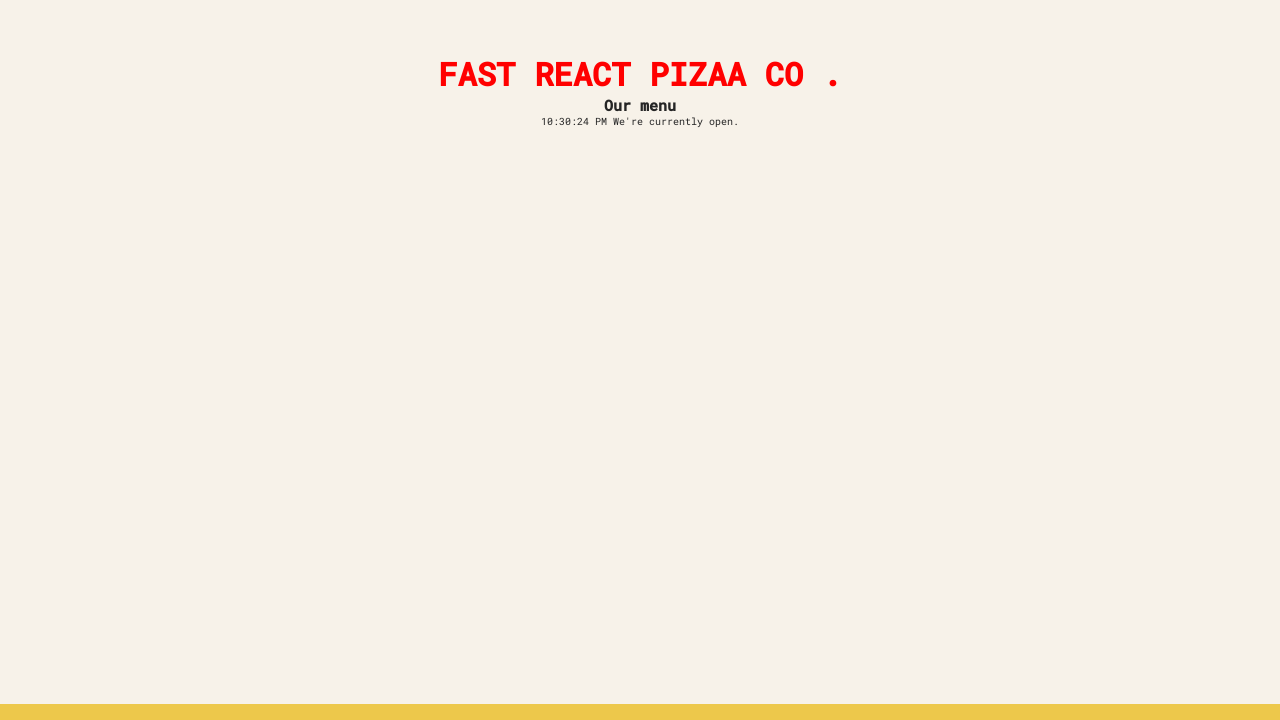
Repository: balaji-ummadisetty/reactPropsPractice
Page: /
The author's editor kept a copy of each file at every save. The page is drawn from the files as they stood at one save, then again after a run of saves.
The browser window is 1280 px wide. The pictures show the whole page.
The project was rebuilt for these pictures with package versions that can differ from the ones it lists, and the page was loaded fresh each time. Also part of the build but not shown: vite.config.js.

Above is the page before, as saved 2024-05-08 22:37:40.

### src/App.jsx
import React from 'react';
// import reactLogo from './assets/react.svg';
// import viteLogo from './assets/vite.svg';
import './App.css';
import { pizzaData } from './data.js';

function Pizza() {

    return (
        <>
            <img src = "/pizzas/funghi.jpg" alt='Pizaa Image' />
            <h2>Pizza</h2>
        </>
    );
}

const Header= ()=>{
       return <h1 style={{color: 'red' , fontSize : '32px'}}>FAST REACT PIZAA CO .</h1>
}
const Menu =()=>{
    return (
        <div>
        <h2>Our menu</h2>
        </div>
    )
}
const Footer =()=>{
    const hour = new Date().getHours();
    const openHour = 12;
    const closeHour = 22;
    return <footer> {new Date().toLocaleTimeString()} We're currently {(hour>=openHour && hour<=closeHour) ? "open" : "close"}.</footer>

}
function App() {
    return (
        <div>
            <Header />
            <Menu />
            <Footer />
        </div>
    );
}

export default App;

### src/data.js
export const pizzaData = [
  {
    name: "Focaccia",
    ingredients: "Bread with italian olive oil and rosemary",
    price: 6,
    photoName: "pizzas/focaccia.jpg",
    soldOut: false,
  },
  {
    name: "Pizza Margherita",
    ingredients: "Tomato and mozarella",
    price: 10,
    photoName: "pizzas/margherita.jpg",
    soldOut: false,
  },
  {
    name: "Pizza Spinaci",
    ingredients: "Tomato, mozarella, spinach, and ricotta cheese",
    price: 12,
    photoName: "pizzas/spinaci.jpg",
    soldOut: false,
  },
  {
    name: "Pizza Funghi",
    ingredients: "Tomato, mozarella, mushrooms, and onion",
    price: 12,
    photoName: "pizzas/funghi.jpg",
    soldOut: false,
  },
  {
    name: "Pizza Salamino",
    ingredients: "Tomato, mozarella, and pepperoni",
    price: 15,
    photoName: "pizzas/salamino.jpg",
    soldOut: true,
  },
  {
    name: "Pizza Prosciutto",
    ingredients: "Tomato, mozarella, ham, aragula, and burrata cheese",
    price: 18,
    photoName: "pizzas/prosciutto.jpg",
    soldOut: false,
  },
];

Loaded but not shown: index.html (common file); src/main.jsx (common file); src/index.css (common file); src/App.css (common file)

After the next 8 saves:
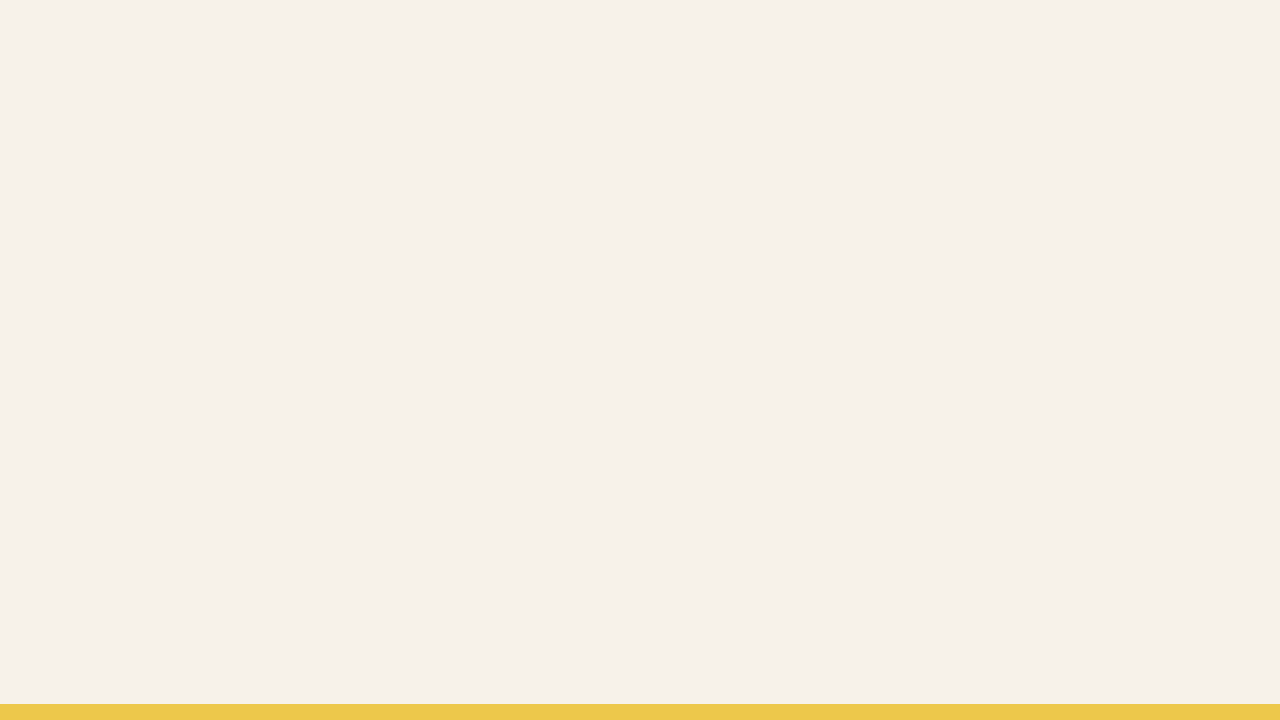
Console error: ReferenceError: styled is not defined
The 8 saves are shown as one change because they came seconds apart.
The last was saved 42 s later.
--- a/src/App.jsx
+++ b/src/App.jsx
@@ -15,7 +15,8 @@ function Pizza() {
 }
 
 const Header= ()=>{
-       return <h1 style={{color: 'red' , fontSize : '32px'}}>FAST REACT PIZAA CO .</h1>
+    styled = {color: 'red' , fontSize : '32px'};
+       return <h1 style={styled}>FAST REACT PIZAA CO .</h1>
 }
 const Menu =()=>{
     return (
